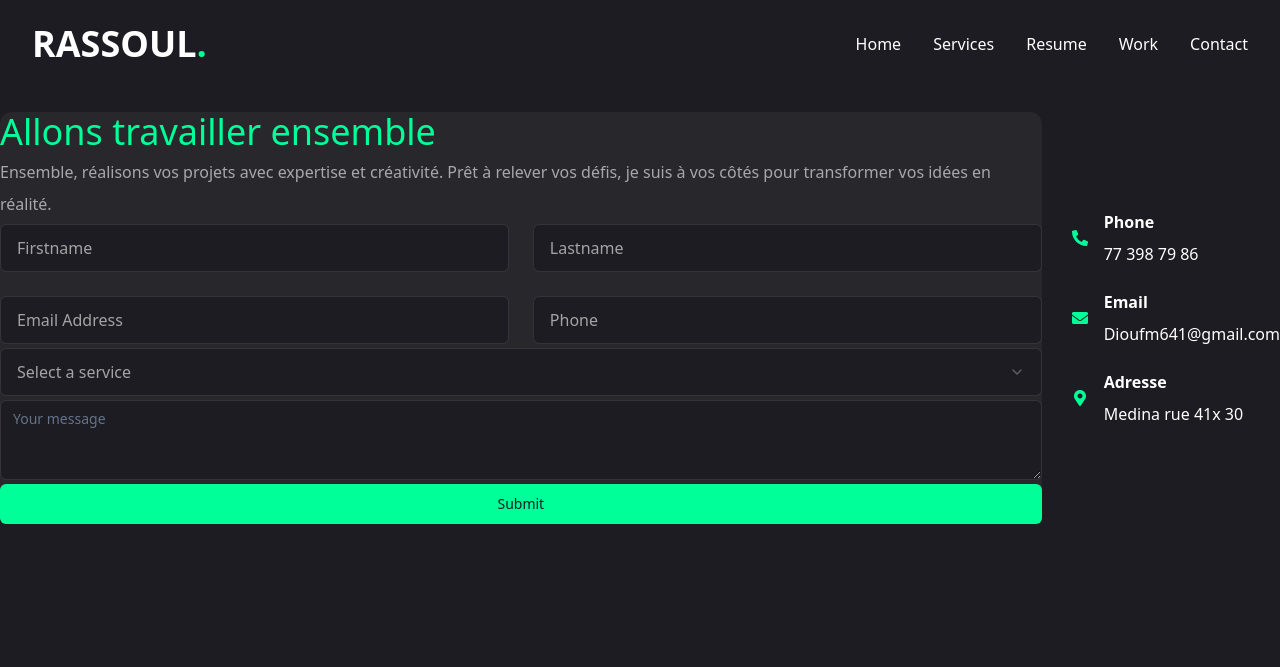
Repository: MDiouf9/portfolio2
Page: /contact
These files come from the project's save history. The page is drawn as it stood at one moment and after a run of saves; the edit follows.
The browser window is 1280 px wide. The pictures show the whole page.
The project was rebuilt for these pictures with package versions that can differ from the ones it lists, and the page was loaded fresh each time. The framework's server and built-in components were replaced by stand-ins that run in the browser. Also part of the build but not shown: next.config.mjs.

Above is the page before, as saved 2024-10-16 00:04:33.

After the next 2 saves:
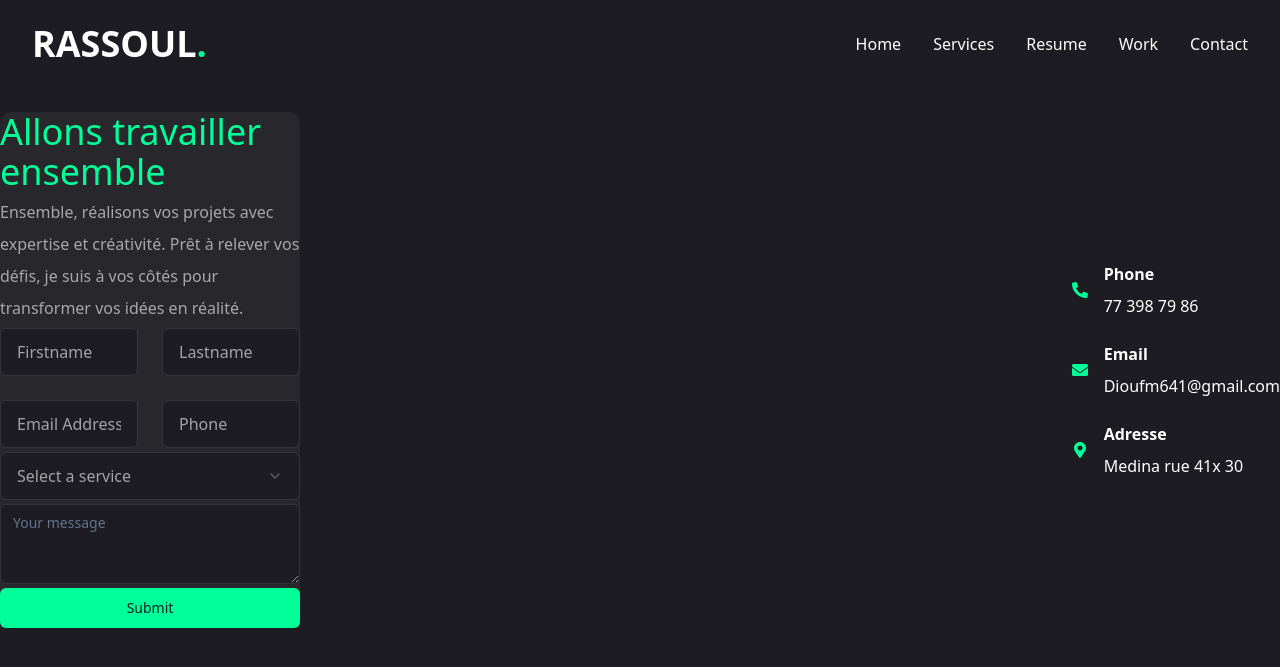
The 2 saves are shown as one change because they came seconds apart.
The last was saved 8 s later.
--- a/src/app/contact/page.tsx
+++ b/src/app/contact/page.tsx
@@ -46,7 +46,7 @@ const Contact = () => {
         <div className="flex flex-col   xl:flex-row gap-[30px]">
           {/* Formulaire de contact */}
           <div className="  xl:h-[54%] order-2  xl:order-none ">
-            <form className="flex flex-col w-[] gap-1  bg-[#27272c] rounded-xl ">
+            <form className="flex flex-col w-[300px] gap-1  bg-[#27272c] rounded-xl ">
               <h3 className="text-4xl text-accent"> Allons travailler ensemble</h3>
               <p className="text-white/60">
 
